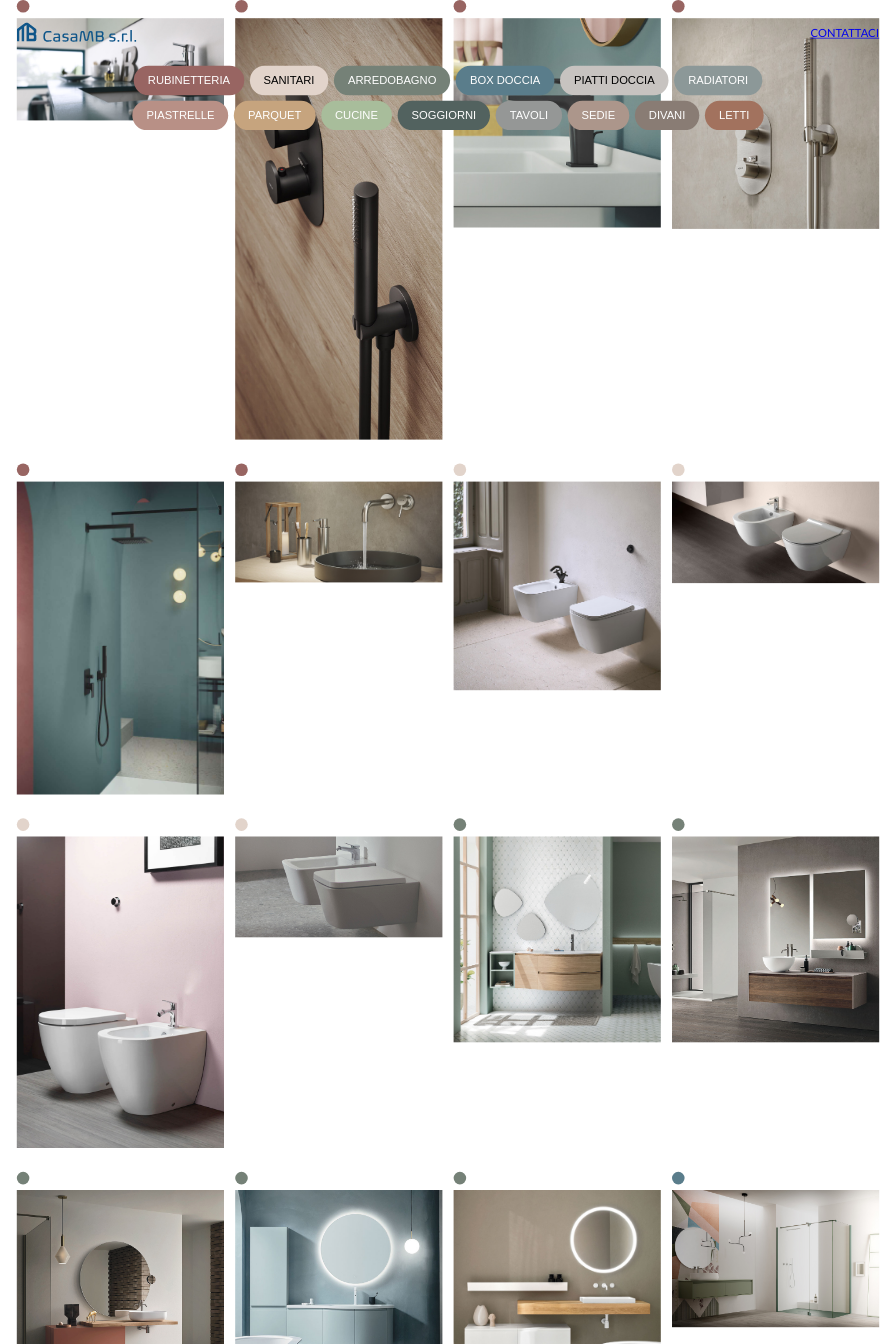
Repository: nicolorz/casamb
Page: /
The author's editor kept a copy of each file at every save. The page is drawn from the files as they stood at one save, then again after a run of saves.
The browser window is 1280 px wide. The pictures show the part of the page from y = 0 to 1920 px (the page is 6484 px tall before and 6656 px after), at 70% of full size.
The project was rebuilt for these pictures with package versions that can differ from the ones it lists, and the page was loaded fresh each time. Also part of the build but not shown: src/index.css, src/App.css.

Above is the page before, as saved 2023-07-19 17:53:31.

### src/index.js
import React from 'react';
import ReactDOM from 'react-dom/client';
import './index.css';
import './assets/css/reset.css'
import './assets/css/style.css'
import App from './App';
import reportWebVitals from './reportWebVitals';

const root = ReactDOM.createRoot(document.getElementById('root'));
root.render(
  <React.StrictMode>
    <App />
  </React.StrictMode>
);

// If you want to start measuring performance in your app, pass a function
// to log results (for example: reportWebVitals(console.log))
// or send to an analytics endpoint. Learn more: https://bit.ly/CRA-vitals
reportWebVitals();

### src/assets/css/style.css
@import url('https://fonts.googleapis.com/css2?family=Lato:ital,wght@0,300;0,400;0,700;1,300;1,400;1,700&display=swap');

html, body {
  margin: 0;
  padding: 0;
  font-size: 16px;
  font-family: 'Lato', sans-serif;
}

.main-wrapper {
  width: 100vw;
  height: 100vh;
  background-color: #fff;
  padding: 0 24px;
  box-sizing: border-box;
}

### src/App.js
import logo from './logo.svg';
import './App.css';
import  {Header} from './components/HeaderWrapper/HeaderWrapper';
import { CardWrapper } from './components/CardWrapper/CardWrapper';

function App() {

  return (
    <div className="main-wrapper">
      <Header />
      <CardWrapper />
    </div>
  );
}

export default App;

### src/components/HeaderWrapper/HeaderWrapper.js
import './Header.css'
import { HeaderBottom } from './HeaderBottom'
import { HeaderTop } from './HeaderTop'

export const Header = () => {
    return <div id="header" className="header">
        <HeaderTop />
        <HeaderBottom />
    </div>
}

### src/components/CardWrapper/CardWrapper.js
import './CardWrapper.css'
import { CardItem } from './CardItem';
import { useState, useEffect } from 'react';


const images = [
    {
        source: '/img/001-rubinetteria/rubinetteria-1.jpg',
        tag: 'rubinetteria',
        info: 'interior design'
    },
    {
        source: '/img/001-rubinetteria/rubinetteria-2.jpg',
        tag: 'rubinetteria',
        info: 'interior design'
    },
    {
        source: '/img/001-rubinetteria/rubinetteria-3.jpg',
        tag: 'rubinetteria',
        info: 'interior design'
    },
    {
        source: '/img/001-rubinetteria/rubinetteria-4.jpg',
        tag: 'rubinetteria',
        info: 'interior design'
    },
    {
        source: '/img/001-rubinetteria/rubinetteria-5.jpg',
        tag: 'rubinetteria',
        info: 'interior design'
    },
    {
        source: '/img/001-rubinetteria/rubinetteria-6.jpg',
        tag: 'rubinetteria',
        info: 'interior design'
    },
    {
        source: '/img/002-sanitari/sanitari-1.jpg',
        tag: 'sanitari',
        info: 'interior design'
    },
    {
        source: '/img/002-sanitari/sanitari-2.jpg',
        tag: 'sanitari',
        info: 'interior design'
    },
    {
        source: '/img/002-sanitari/sanitari-3.jpg',
        tag: 'sanitari',
        info: 'interior design'
    },
    {
        source: '/img/002-sanitari/sanitari-4.jpg',
        tag: 'sanitari',
        info: 'interior design'
    },
    {
        source: '/img/003-arredobagno/arredobagno-1.jpg',
        tag: 'arredobagno',
        info: 'interior design'
    },
    {
        source: '/img/003-arredobagno/arredobagno-2.jpg',
        tag: 'arredobagno',
        info: 'interior design'
    },
    {
        source: '/img/003-arredobagno/arredobagno-3.jpg',
        tag: 'arredobagno',
        info: 'interior design'
    },
    {
        source: '/img/003-arredobagno/arredobagno-4.jpg',
        tag: 'arredobagno',
        info: 'interior design'
    },
    {
        source: '/img/003-arredobagno/arredobagno-5.jpg',
        tag: 'arredobagno',
        info: 'interior design'
    },
    {
        source: '/img/004-box-doccia/box-doccia-1.jpg',
        tag: 'boxdoccia',
        info: 'interior design'
    },
    {
        source: '/img/004-box-doccia/box-doccia-2.jpg',
        tag: 'boxdoccia',
        info: 'interior design'
    },
    {
        source: '/img/004-box-doccia/box-doccia-3.jpg',
        tag: 'boxdoccia',
        info: 'interior design'
    },
    {
        source: '/img/005-piatti-doccia/piatti-doccia-1.jpg',
        tag: 'piattidoccia',
        info: 'interior design'
    },
    {
        source: '/img/005-piatti-doccia/piatti-doccia-2.jpg',
        tag: 'piattidoccia',
        info: 'interior design'
    },
    {
        source: '/img/005-piatti-doccia/piatti-doccia-3.jpg',
        tag: 'piattidoccia',
        info: 'interior design'
    },
    {
        source: '/img/006-radiatori/radiatori-1.jpg',
        tag: 'radiatori',
        info: 'interior design'
    },
    {
        source: '/img/006-radiatori/radiatori-2.jpg',
        tag: 'radiatori',
        info: 'interior design'
    },
    {
        source: '/img/006-radiatori/radiatori-3.jpg',
        tag: 'radiatori',
        info: 'interior design'
    },
    {
        source: '/img/007-piastrelle/piastrelle-1.jpg',
        tag: 'piastrelle',
        info: 'interior design'
    },
    {
        source: '/img/007-piastrelle/piastrelle-2.jpg',
        tag: 'piastrelle',
        info: 'interior design'
    },
    {
        source: '/img/007-piastrelle/piastrelle-3.jpg',
        tag: 'piastrelle',
        info: 'interior design'
    },
    {
        source: '/img/007-piastrelle/piastrelle-4.jpg',
        tag: 'piastrelle',
        info: 'interior design'
    },
    {
        source: '/img/008-parquet/parquet-1.jpg',
        tag: 'parquet',
        info: 'interior design'
    },
    {
        source: '/img/008-parquet/parquet-2.jpg',
        tag: 'parquet',
        info: 'interior design'
    },
    {
        source: '/img/008-parquet/parquet-3.jpg',
        tag: 'parquet',
        info: 'interior design'
    },
    {
        source: '/img/008-parquet/parquet-4.jpg',
        tag: 'parquet',
        info: 'interior design'
    },
    {
        source: '/img/008-parquet/parquet-5.jpg',
        tag: 'parquet',
        info: 'interior design'
    },
    {
        source: '/img/008-parquet/parquet-6.jpg',
        tag: 'parquet',
        info: 'interior design'
    },
    {
        source: '/img/009-cucine/cucine-1.jpg',
        tag: 'cucine',
        info: 'interior design'
    },
    {
        source: '/img/009-cucine/cucine-2.jpg',
        tag: 'cucine',
        info: 'interior design'
    },
    {
        source: '/img/009-cucine/cucine-3.jpg',
        tag: 'cucine',
        info: 'interior design'
    },
    {
        source: '/img/010-soggiorni/soggiorni-1.jpg',
        tag: 'soggiorni',
        info: 'interior design'
    },
    {
        source: '/img/010-soggiorni/soggiorni-2.jpg',
        tag: 'soggiorni',
        info: 'interior design'
    },
    {
        source: '/img/010-soggiorni/soggiorni-3.jpg',
        tag: 'soggiorni',
        info: 'interior design'
    },
    {
        source: '/img/011-tavoli/tavoli-1.jpg',
        tag: 'tavoli',
        info: 'interior design'
    },
    {
        source: '/img/011-tavoli/tavoli-2.jpg',
        tag: 'tavoli',
        info: 'interior design'
    },
    {
        source: '/img/011-tavoli/tavoli-3.jpg',
        tag: 'tavoli',
        info: 'interior design'
    },
    {
        source: '/img/012-sedie/sedie-1.jpg',
        tag: 'sedie',
        info: 'interior design'
    },
    {
        source: '/img/012-sedie/sedie-2.jpg',
        tag: 'sedie',
        info: 'interior design'
    },
    {
        source: '/img/012-sedie/sedie-3.jpg',
        tag: 'sedie',
        info: 'interior design'
    },
    {
        source: '/img/013-divani/divani-1.jpg',
        tag: 'divani',
        info: 'interior design'
    },
    {
        source: '/img/013-divani/divani-2.jpg',
        tag: 'divani',
        info: 'interior design'
    },
    {
        source: '/img/014-letti/letti-1.jpg',
        tag: 'letti',
        info: 'interior design'
    },
    {
        source: '/img/014-letti/letti-2.jpg',
        tag: 'letti',
        info: 'interior design'
    },
]

export const CardWrapper = () => {
    const [headerHeight, setHeaderHeight] = useState(0)
    /* const pippo = document.getElementById("header").offsetHeight(); */
    useEffect(() => {
        const handler = () => {
            console.log('fi')
            const el = document.getElementById("header");
            console.log('fig', el, el.offsetHeight());
            setHeaderHeight(el.offsetHeight());
        }
        document.addEventListener('resize', handler, false);
        return () => {
            document.removeEventListener('resize', handler);
        }
    }, [])

    return (
        <div className="card-wrapper" style={{marginTop: headerHeight}}>
            {images.map((img) => {
                return (
                    <CardItem
                    key={img.source}
                    card={img}
                 />
                )
            })}
        </div>
    )
};

### src/components/HeaderWrapper/Header.css
.header {
    width: 100vw;
    padding: 0 24px;
    box-sizing: border-box;
    position: fixed;
    top: 0;
    left: 0;
}

.header-top {
    width: 100%;
    display: flex;
    flex-flow: row nowrap;
    justify-content: space-between;
    align-items: center;
}

.header-top_logo {
    padding: 2rem 0;
}

.header-bottom {
    width: 100%;
    display: flex;
    flex-flow: column nowrap;
    align-items: center;
}

.sorting-area {
    max-width: 996px;
    display: flex;
    flex-flow: row wrap;
    justify-content: center;
    gap: 0.5rem;
}

### src/components/HeaderWrapper/HeaderBottom.js
import { SortingBtn } from "../SortingBtn/Sortingbtn"

export const sortingButtons = [
    {
        tag: 'rubinetteria',
        label: 'rubinetteria',
        backgroundColor: '#986562',
    },
    {
        tag: 'sanitari',
        label: 'sanitari',
        backgroundColor: '#E2D4CB',
        textColor: '#000'
    },
    {
        tag: 'arredobagno',
        label: 'arredobagno',
        backgroundColor: '#758177',
    },
    {
        tag: 'boxdoccia',
        label: 'box doccia',
        backgroundColor: '#5A7D8B',
    },
    {
        tag: 'piattidoccia',
        label: 'piatti doccia',
        backgroundColor: '#C7C3C0',
        textColor: '#000'
    },
    {
        tag: 'radiatori',
        label: 'radiatori',
        backgroundColor: '#8C9898',
    },
    {
        tag: 'piastrelle',
        label: 'piastrelle',
        backgroundColor: '#B89086',
    },
    {
        tag: 'parquet',
        label: 'parquet',
        backgroundColor: '#C6A47E',
    },
    {
        tag: 'cucine',
        label: 'cucine',
        backgroundColor: '#A8BD9B',
    },
    {
        tag: 'soggiorni',
        label: 'soggiorni',
        backgroundColor: '#52625F',
    },
    {
        tag: 'tavoli',
        label: 'tavoli',
        backgroundColor: '#959796',
    },
    {
        tag: 'sedie',
        label: 'sedie',
        backgroundColor: '#AC968B',
    },
    {
        tag: 'divani',
        label: 'divani',
        backgroundColor: '#897C74',
    },
    {
        tag: 'letti',
        label: 'letti',
        backgroundColor: '#A2725E',
    },
];

export const HeaderBottom = () => {
    return (
        <div className="header-bottom">
            <div className="sorting-area">
                {sortingButtons.map((el) => {
                    return (
                        <SortingBtn key={el.tag} button={el} />
                    )
                })}
            </div>
        </div>
    )
}

### src/components/HeaderWrapper/HeaderTop.js
import logo from './logo-casaMB.svg';

export const HeaderTop = () => {
    return <div className="header-top">
        <div className="header-top_logo">
            <img src={logo} alt="logo" />
        </div>
        <a href="*" target="_self">CONTATTACI</a>
    </div>
}

### src/components/CardWrapper/CardWrapper.css
.card-wrapper {
    width: 100%;
    margin-top: 250px;
    display: grid;
    grid-template-columns: repeat(4, 1fr);
    row-gap: 2rem;
    column-gap: 1rem;
}

### src/components/CardWrapper/CardItem.js
import './CardItem.css'

export const colorCodes = {
    rubinetteria: '#986562',
    sanitari: '#E2D4CB',
    arredobagno: '#758177',
    boxdoccia: '#5A7D8B',
    piattidoccia: '#C7C3C0',
    radiatori: '#8C9898',
    piastrelle: '#B89086',
    parquet: '#C6A47E',
    cucine: '#A8BD9B',
    soggiorni: '#52625F',
    tavoli: '#959796',
    sedie: '#AC968B',
    divani: '#897C74',
    letti: '#A2725E'
}

export const CardItem = ({card}) => {
    return (
        <div className="card-item">
            <div
                className="cat"
                style={{backgroundColor: colorCodes[card.tag]}}
            />
            <img src={card.source} alt={card.info} />
        </div>
    )
}

### src/components/SortingBtn/Sortingbtn.js
import './Sortingbtn.css'
import { colorCodes } from "../CardWrapper/CardItem";

export const SortingBtn = ({button}) => {
    return <button
        className="sorting-btn"
        style={{
            backgroundColor: colorCodes[button.tag],
            // color: button.color ? '#fff' : button.textColor
            color: button.textColor ?? 'fff'
        }}
        >
            {button.label.toUpperCase()}
        </button>
};

### src/components/CardWrapper/CardItem.css
.card-item {
    width: 100%;
}

.card-item > .cat {
    width: 18px;
    height: 18px;
    background-color: #986562;
    border-radius: 50%;
    -webkit-border-radius: 50%;
    -moz-border-radius: 50%;
    -ms-border-radius: 50%;
    -o-border-radius: 50%;
}

.card-item > img {
    width: 100%;
    margin-top: 0.5rem;
}

### src/components/SortingBtn/Sortingbtn.css
.sorting-btn {
    background-color: #62A1FF;
    color: #fff;
    padding: 12px 20px;
    border: none;
    border-radius: 50px;
    -webkit-border-radius: 50px;
    -moz-border-radius: 50px;
    -ms-border-radius: 50px;
    -o-border-radius: 50px;
    font-size: 16px;
    cursor: pointer;
    transition: all 0.3s;
    -webkit-transition: all 0.3s;
    -moz-transition: all 0.3s;
    -ms-transition: all 0.3s;
    -o-transition: all 0.3s;
}

.sorting-btn:hover {
    background-color: #4B84DA;
}

Loaded but not shown: public/index.html (common file); src/assets/css/reset.css (common file); src/reportWebVitals.js (common file)

After the next 2 saves:
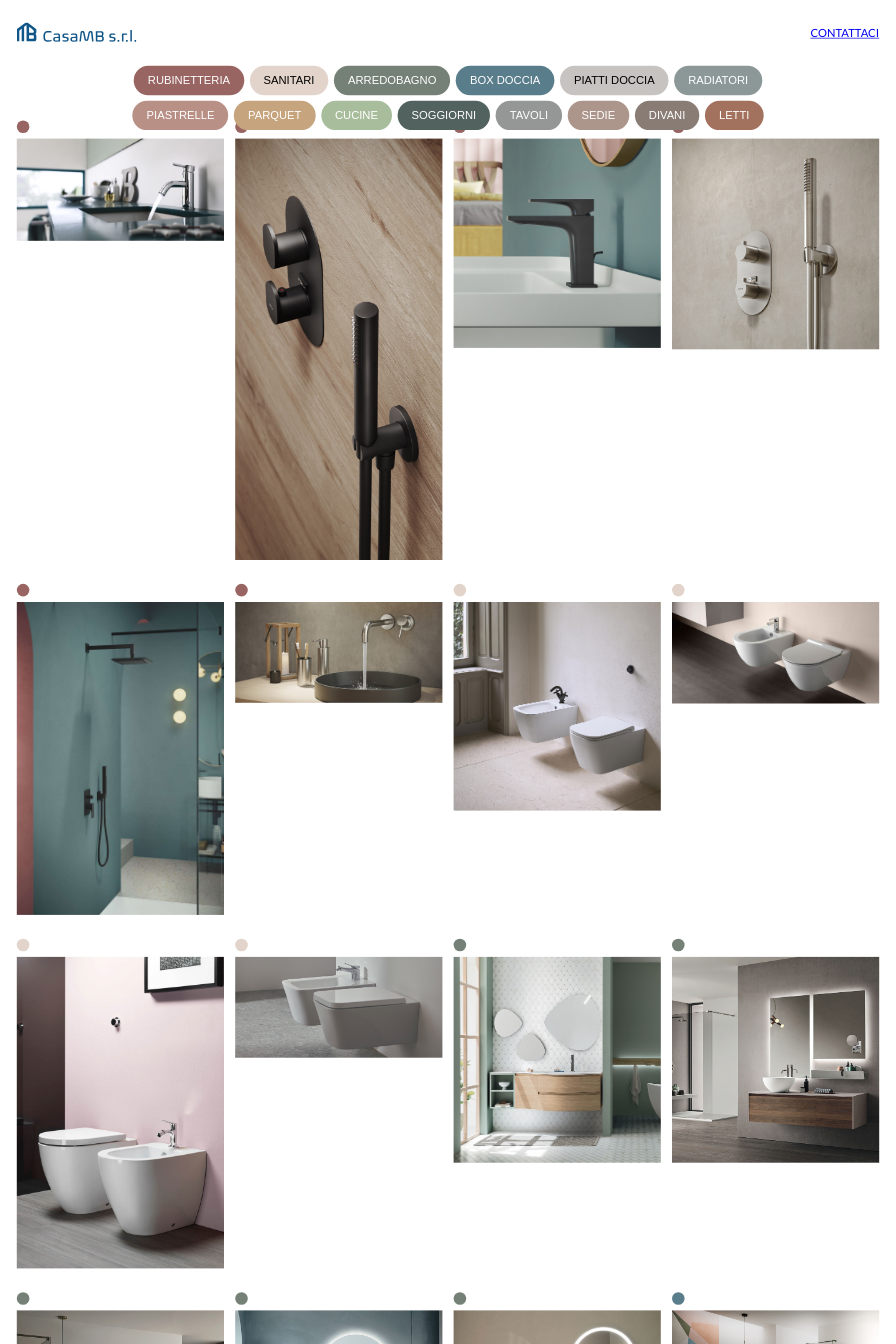
The 2 saves are shown as one change because 1 did not build or start.
The last was saved 100 s later.
--- a/src/components/CardWrapper/CardWrapper.js
+++ b/src/components/CardWrapper/CardWrapper.js
@@ -263,10 +263,11 @@ export const CardWrapper = () => {
         const handler = () => {
             console.log('fi')
             const el = document.getElementById("header");
-            console.log('fig', el, el.offsetHeight());
-            setHeaderHeight(el.offsetHeight());
+            console.log('fig', el, el.offsetHeight);
+            setHeaderHeight(el.offsetHeight);
         }
         document.addEventListener('resize', handler, false);
+        handler();
         return () => {
             document.removeEventListener('resize', handler);
         }
